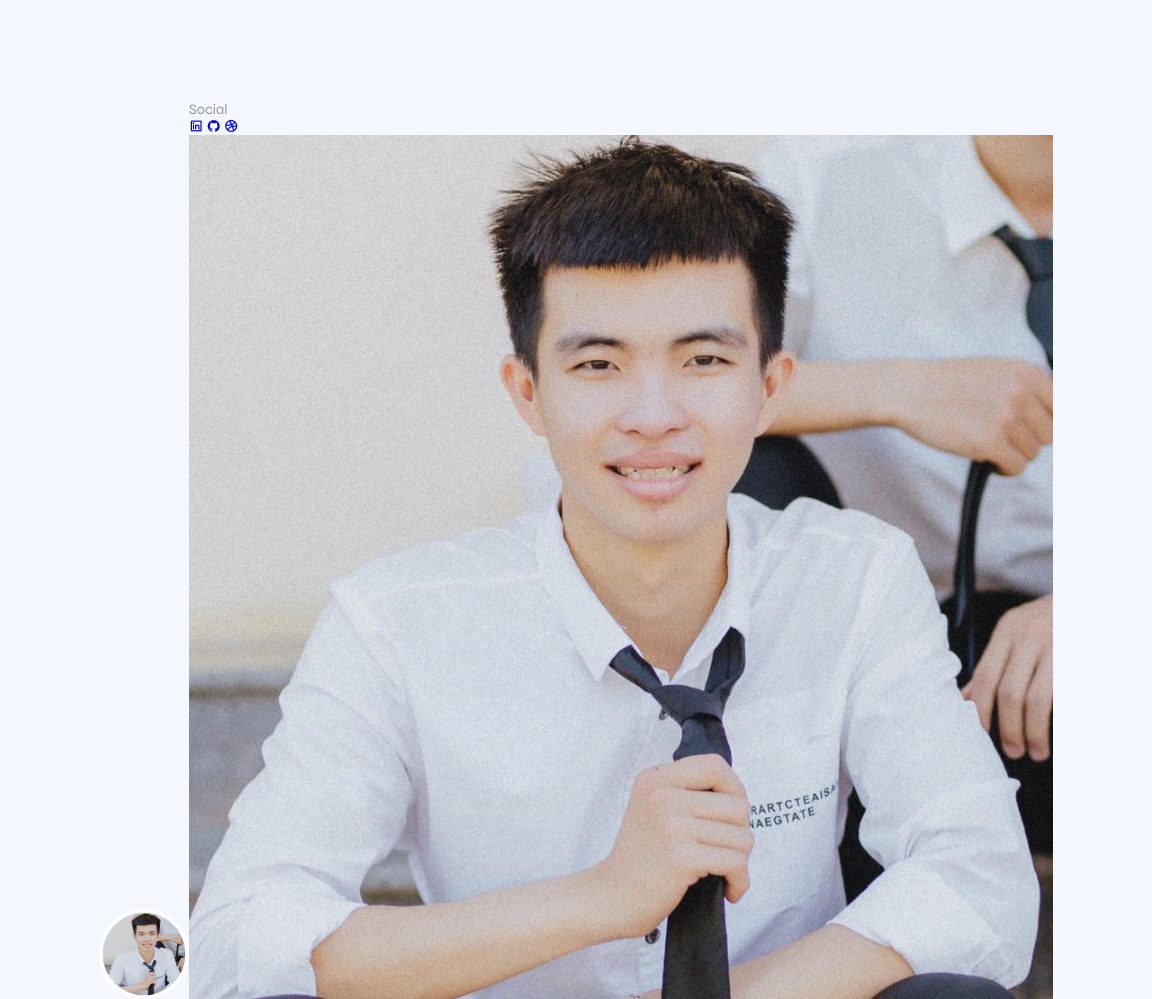
Repository: dinhhaidh/Profile
Page: index.html
An editor plug-in stored every save of this project. The page is shown before and after a run of saves, followed by the edit.
The browser window is 1280 px wide. The pictures show the whole page, at 90% of full size.
Some web libraries are served in a nearby version.

Above is the page before, as saved 2024-02-29 09:01:13.

### index.html
<!DOCTYPE html>
<html lang="en">
<head>
    <meta charset="UTF-8">
    <meta name="viewport" content="width=device-width, initial-scale=1.0">

    <!--=============== REMIXICONS ===============-->
    <link rel="stylesheet" href="https://cdnjs.cloudflare.com/ajax/libs/remixicon/4.0.1/remixicon.css">

    <!--=============== CSS ===============-->
    <link rel="stylesheet" href="style.css">

    <title>Profile card with tooltip</title>
</head>
<body>
    <div class="container">
        <article class="card__article">
            <div class="card__profile">
                <img src="./img/img.jpg" alt="image" class="card__profile-img">
            </div>

            <div class="card__tooltip">
                <div class="card__content">
                    <header class="card__header">
                        <span>Social</span>

                        <div class="card__social">
                            <a href="https://www.linkedin.com" target="_blank">
                                <i class="ri-linkedin-box-line"></i>
                            </a>

                            <a href="https://www.github.com" target="_blank">
                                <i class="ri-github-fill"></i>
                            </a>

                            <a href="https://www.dribbble.com" target="_blank">
                                <i class="ri-dribbble-line"></i>
                            </a>
                        </div>
                    </header>

                    <div class="card__data">
                        <div class="card__image">
                            <div class="card__mask">
                                <img src="./img/img.jpg" alt="image" class="card__img">
                            </div>

                            <span class="card__stutus">

                            </span>
                        </div>
                        <h2 class="card__name"</h2>
                        <h3 class="card__profession"></h3>

                        <a href="" class="card__button"></a>
                    </div>
                </div>
            </div>
        </article>
    </div>
</body>
</html>

### style.css
/*=============== GOOGLE FONTS ===============*/
@import url("https://fonts.googleapis.com/css2?family=Syne:wght@400;500;600&display=swap");

/*=============== VARIABLES CSS ===============*/
:root {
    /*========== Colors ==========*/
    /*Color mode HSL(hue, saturation, lightness)*/
    --first-color: hsl(230, 100%, 50%);
    --second-color: hsl(150, 100%, 38%);
    --title-color: hsl(230, 24%, 12%);
    --text-color: hsl(230, 4%, 60%);
    --gray-color: hsl(230, 24%, 88%);
    --border-color: hsl(230, 4%, 92%);
    --body-color: hsl(230, 100%, 98%);
    --container-color: hsl(0, 0%, 100%);

    /*========== Font and typography ==========*/
    /*.5rem = 8px | 1rem = 16px ...*/
    --body-font: "Syne", sans-serif;
    --h2-font-size: 1.25rem;
    --normal-font-size: 1rem;
}

/*=============== BASE ===============*/
* {
    box-sizing: border-box;
    padding: 0;
    margin: 0;
}

body {
    font-family: var(--body-font);
    font-size: var(--normal-font-size);
    background-color: var(--body-color);
    color: var(--text-color);
}

a {
    text-decoration: none;
}

img {
    display: block;
    max-width: 100%;
    height: auto;
}

/*=============== CARD ===============*/
.container{
    height: 100vh;
    display: grid;
    place-items: center;
    margin-inline: 1.5rem;
    padding-block: 7rem;
}
.card__article{
    position: relative;
    align-items: flex-end;
    display: flex;
    justify-content: center;
}
.card__profile{
    width: 100px;
    height: 100px;
    background-color: var(--gray-color);
    border-radius: 50%;
    overflow: hidden;
    display:flex;
    align-items: flex-end;
    justify-content: center;
    border: 4px solid var(--container-color);
    z-index: 5;
}
.card__profile-img{
    width: 95px;
}

/* Scale profile image */


/* Show tooltip card */


/*=============== BREAKPOINTS ===============*/
/* For medium devices */

After the next 2 saves:
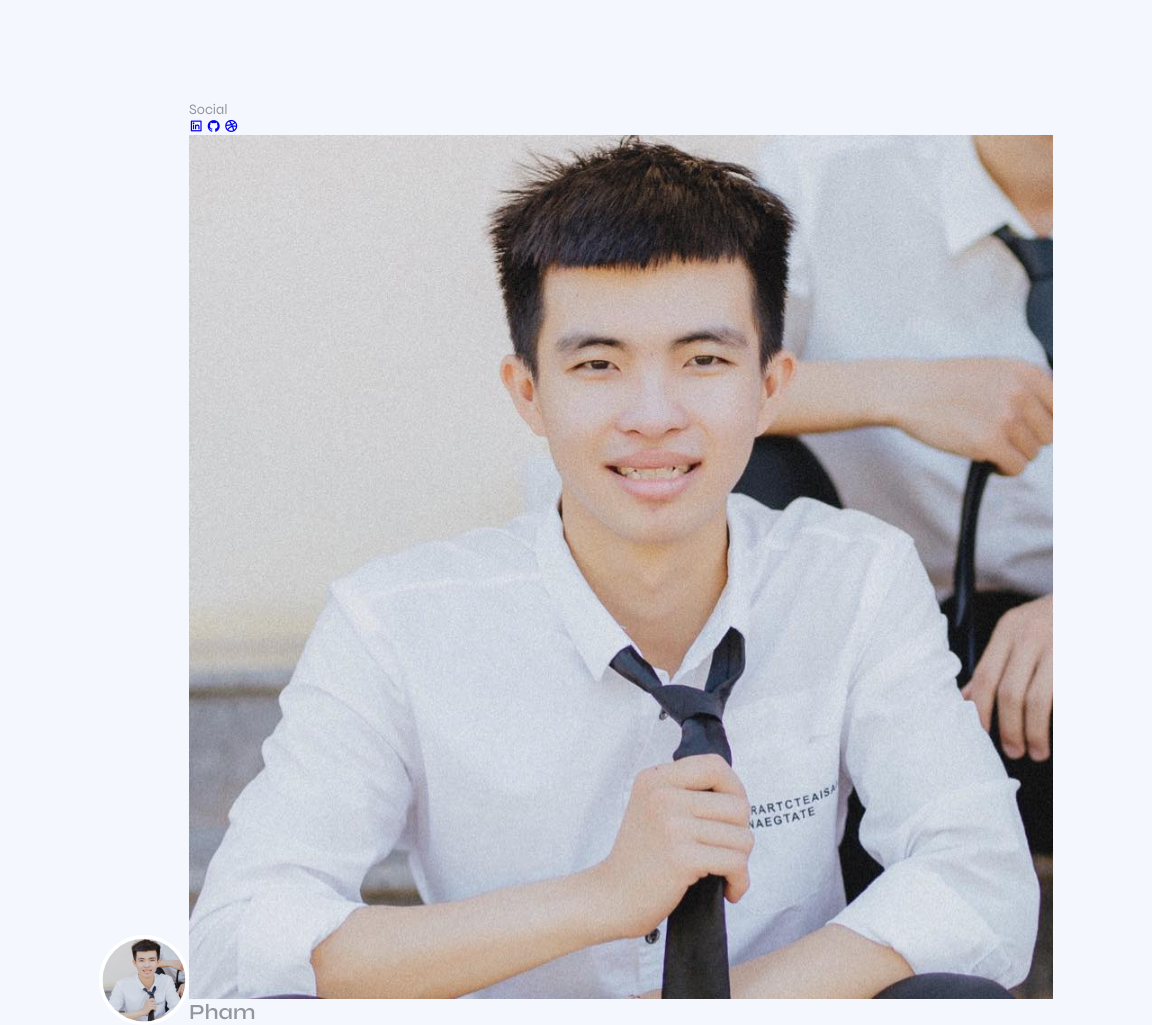
The 2 saves are shown as one change because they came seconds apart.
The last was saved 5 s later.
--- a/index.html
+++ b/index.html
@@ -49,7 +49,7 @@
 
                             </span>
                         </div>
-                        <h2 class="card__name"</h2>
+                        <h2 class="card__name">Pham</h2>
                         <h3 class="card__profession"></h3>
 
                         <a href="" class="card__button"></a>
